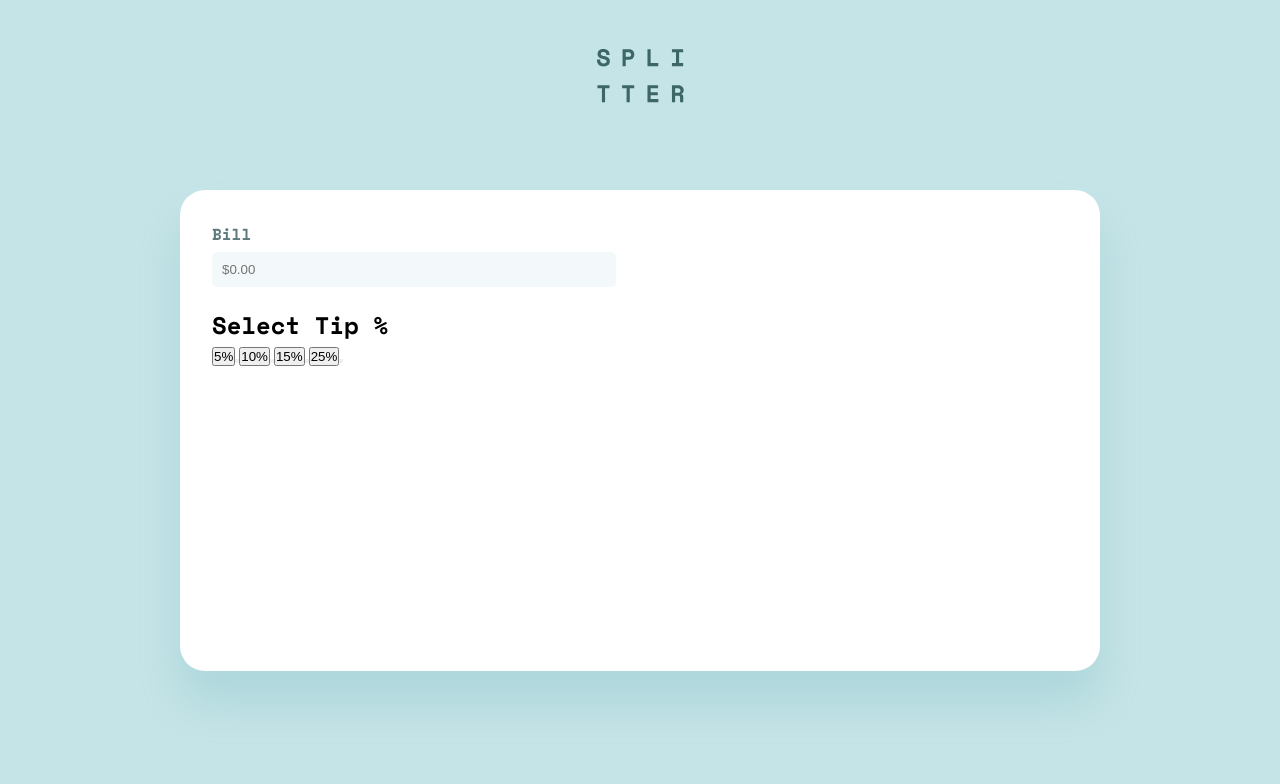
Repository: brandontaylor1/splitter
Page: index.html
These files come from the project's save history. The page is drawn as it stood at one moment and after a run of saves; the edit follows.
The browser window is 1280 px wide. The pictures show the whole page.

Above is the page before, as saved 2025-02-05 21:36:29.

After the next 2 saves:
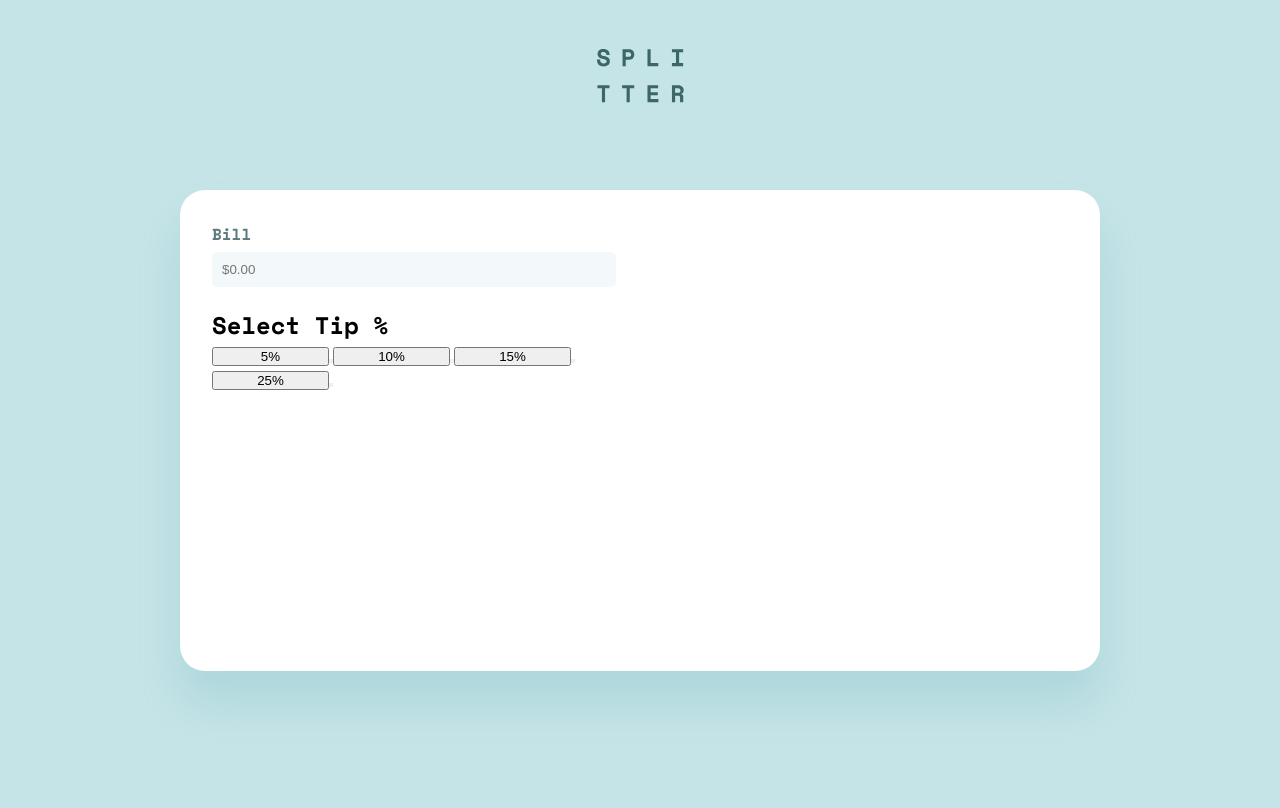
The 2 saves are shown as one change because they came seconds apart.
The last was saved 24 s later.
--- a/styles.css
+++ b/styles.css
@@ -100,5 +100,6 @@ input {
 }
 
 .tip-button {
+    width: 117px;
 
 }
